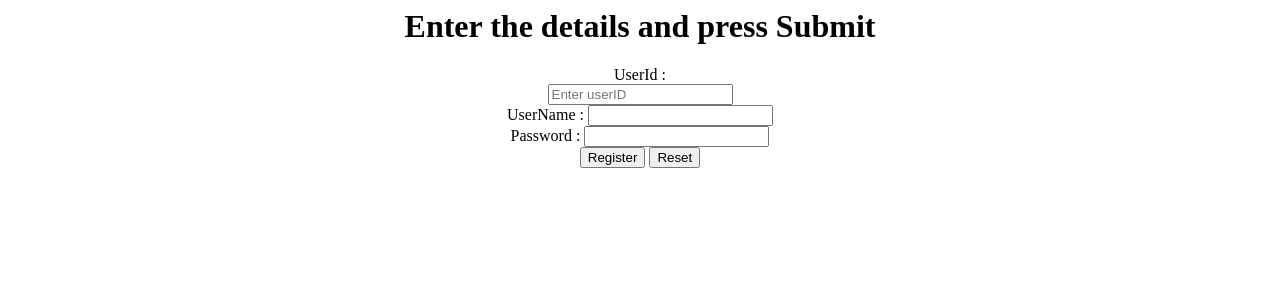
Repository: JamesArul/CLBSiteSTMT
Page: StudentsMeetFrontEnd/WebContent/User/Register.html
These files come from the project's save history. The page is drawn as it stood at one moment and after the next save; the edit follows.
The browser window is 1280 px wide. The pictures show the whole page.

Above is the page before, as saved 2017-05-30 09:05:40.

### StudentsMeetFrontEnd/WebContent/User/Register.html
<div ng-controller="UserController as ctrl">
<center><h1>Enter the details and press Submit</h1></center>
<center>
<form ng-submit="ctrl.submit()" class="form-horizontal">
  <div class="form-group">
    <label class="control-label col-sm-2" for="userid">UserId :</label>
    <div class="col-sm-10">
      <input type="text" class="form-control" id="userid" placeholder="Enter userID"  ng-model="ctrl.user.userID">
    </div>
  </div>
UserName : <input type="text" ng-model="ctrl.user.userName"><br>
Password : <input type="password" ng-model="ctrl.user.userPassword"><br>
<input type="submit" value="Register">
<button type="button" ng-click="ctrl.reset()">Reset</button>
</form>
</center>
</div>

After the next save:
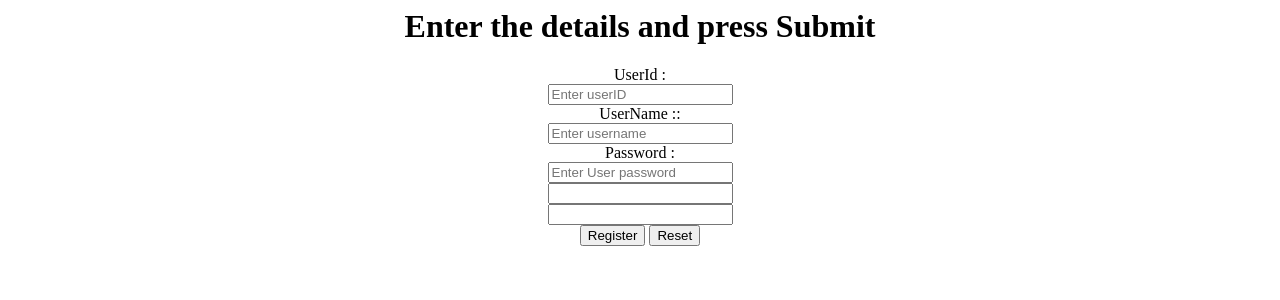
Saved 85 s later.
--- a/StudentsMeetFrontEnd/WebContent/User/Register.html
+++ b/StudentsMeetFrontEnd/WebContent/User/Register.html
@@ -8,8 +8,20 @@
       <input type="text" class="form-control" id="userid" placeholder="Enter userID"  ng-model="ctrl.user.userID">
     </div>
   </div>
-UserName : <input type="text" ng-model="ctrl.user.userName"><br>
-Password : <input type="password" ng-model="ctrl.user.userPassword"><br>
+    <div class="form-group">
+    <label class="control-label col-sm-2" for="username">UserName ::</label>
+    <div class="col-sm-10">
+      <input type="text" class="form-control" id="username" placeholder="Enter username"  ng-model="ctrl.user.userName">
+    </div>
+  </div>
+    <div class="form-group">
+    <label class="control-label col-sm-2" for="userpassword">Password :</label>
+    <div class="col-sm-10">
+      <input type="text" class="form-control" id="userpassword" placeholder="Enter User password"  ng-model="ctrl.user.userID">
+    </div>
+  </div>
+ <input type="text" ng-model="ctrl.user.userName"><br>
+ <input type="password" ng-model="ctrl.user.userPassword"><br>
 <input type="submit" value="Register">
 <button type="button" ng-click="ctrl.reset()">Reset</button>
 </form>
